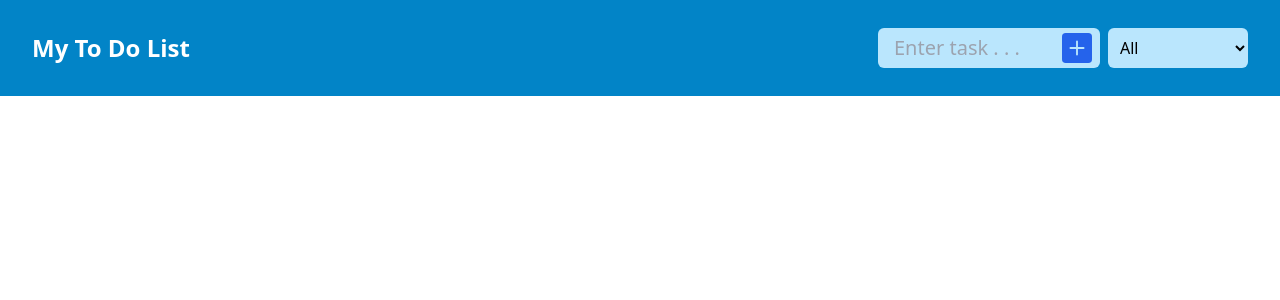
Repository: SaadYasin/react-to-do-list
Page: /
The author's editor kept a copy of each file at every save. The page is drawn from the files as they stood at one save, then again after the next save.
The browser window is 1280 px wide. The pictures show the whole page.
The project was rebuilt for these pictures with package versions that can differ from the ones it lists, and the page was loaded fresh each time. Also part of the build but not shown: src/App.css.

Above is the page before, as saved 2022-11-09 20:39:26.

After the next save:
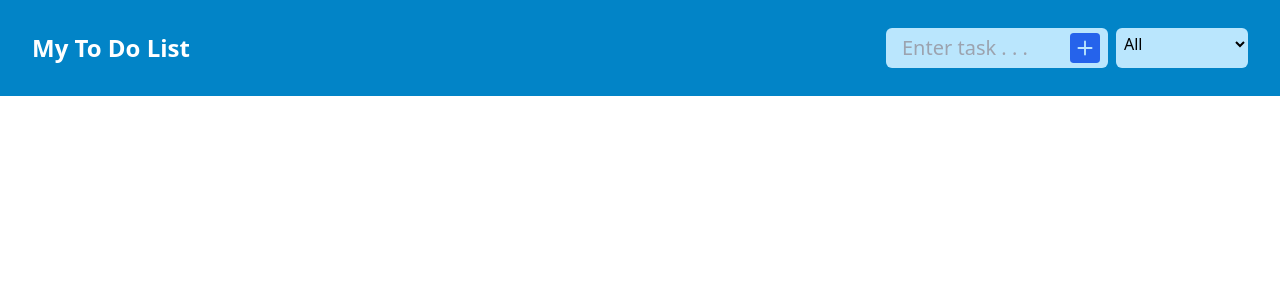
Saved 20 s later.
--- a/src/components/Input.js
+++ b/src/components/Input.js
@@ -16,7 +16,7 @@
       </form>
 
       <div className="select ml-2 bg-sky-200 rounded-md">
-        <select name="todos" id="filter-todos" className="bg-transparent p-2">
+        <select name="todos" id="filter-todos" className="bg-transparent p-1">
           <option value="all">All</option>
           <option value="completed">Completed</option>
           <option value="uncompleted">UnCompleted</option>

After the save that followed:
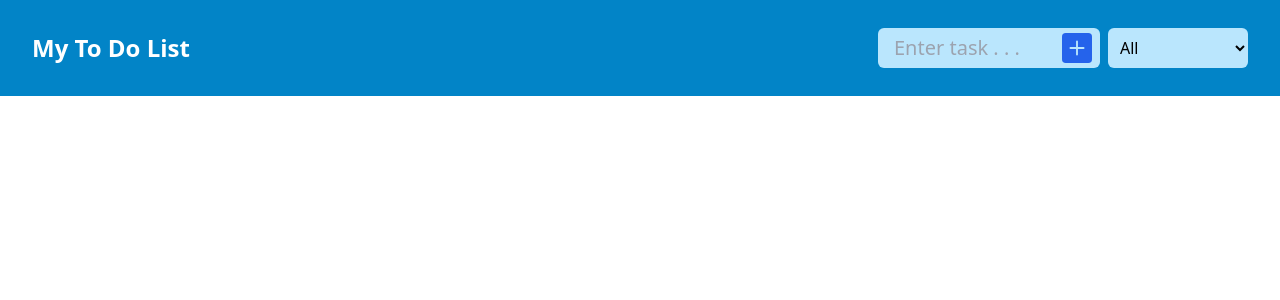
Saved 4 s later.
--- a/src/components/Input.js
+++ b/src/components/Input.js
@@ -16,7 +16,7 @@
       </form>
 
       <div className="select ml-2 bg-sky-200 rounded-md">
-        <select name="todos" id="filter-todos" className="bg-transparent p-1">
+        <select name="todos" id="filter-todos" className="bg-transparent p-2">
           <option value="all">All</option>
           <option value="completed">Completed</option>
           <option value="uncompleted">UnCompleted</option>
